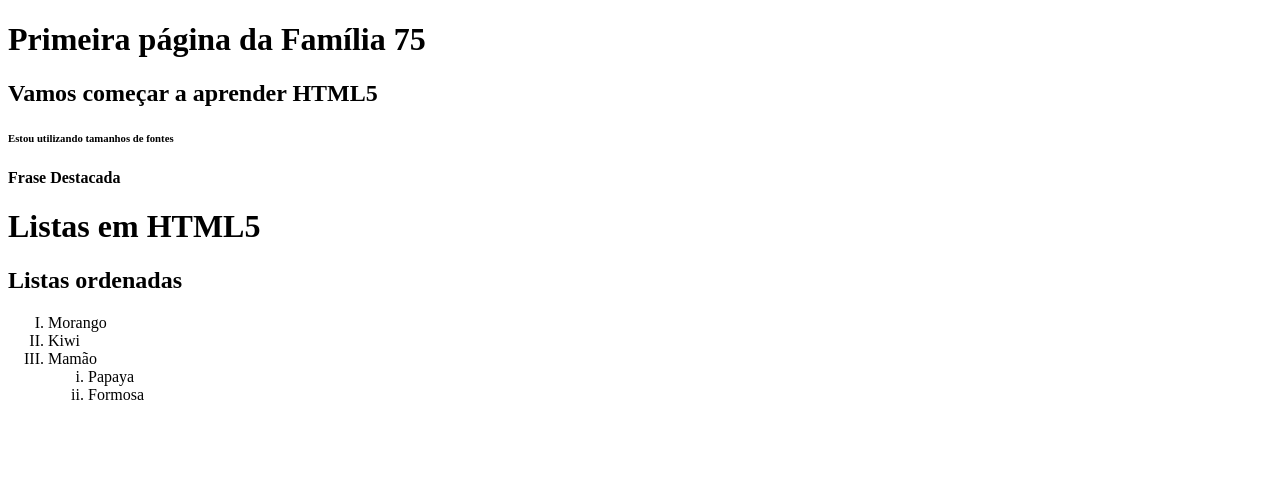
Repository: Thichi99/BootcampGen75
Page: Familia75/index.html
These files come from the project's save history. The page is drawn as it stood at one moment and after a run of saves; the edit follows.
The browser window is 1280 px wide. The pictures show the whole page.

Above is the page before, as saved 2024-07-26 10:55:12.

### Familia75/index.html
<!DOCTYPE html> <!--Estou indicando que é um documento do tipo HTML-->
<html lang="pt-br">
<head>
    <meta charset="UTF-8">
    <meta name="viewport" content="width=device-width, initial-scale=1.0">
    <meta name="author" content="Luís Guerreiro">
    <meta name="description" content="Minha primeira pagina Web -- Olá Mundo!!!">
    <meta name="keywords" content="Pobreza,erradicação,familia">
    <title>Família 75</title>
</head>
<body>
   <h1>Primeira página da Família 75</h1>
   <h2>Vamos começar a aprender HTML5</h2>
   <h6>Estou utilizando tamanhos de fontes</h6>
   <strong>Frase Destacada</strong>
   <h1>Listas em HTML5</h1>
   <h2>Listas ordenadas</h2>
   <ol type="I">
        <li>Morango</li>
        <li>Kiwi</li>
        <li>Mamão
            <ol type="i">
                <li>Papaya</li>
                <li>Formosa</li>
            </ol>
        </li>
   </ol>

</body>
</html>

After the next 2 saves:
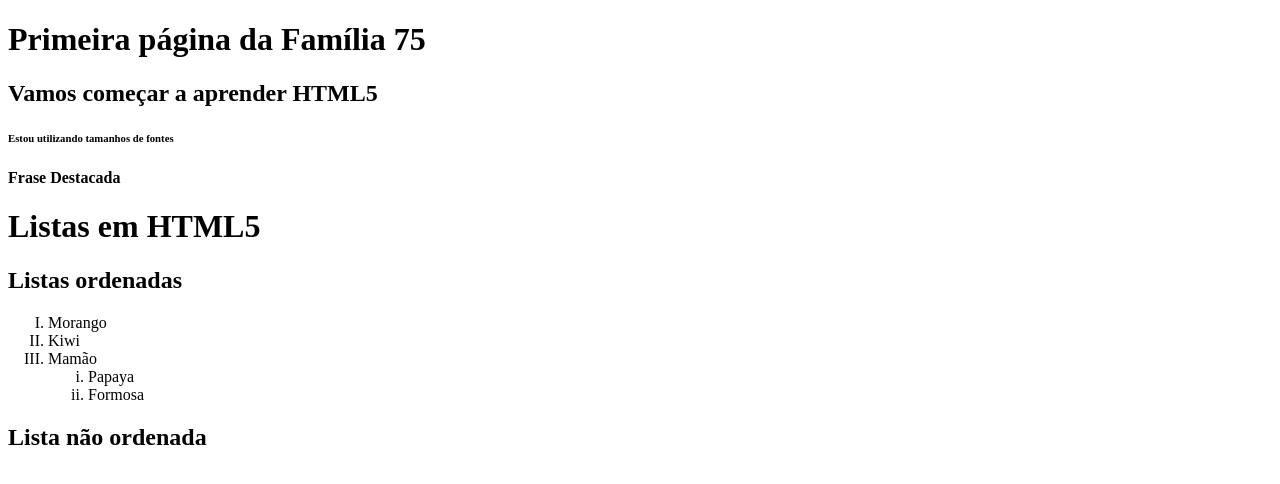
The 2 saves are shown as one change because they came seconds apart.
The last was saved 26 s later.
--- a/Familia75/index.html
+++ b/Familia75/index.html
@@ -25,6 +25,7 @@
             </ol>
         </li>
    </ol>
+   <h2>Lista não ordenada</h2>
 
 </body>
 </html>
